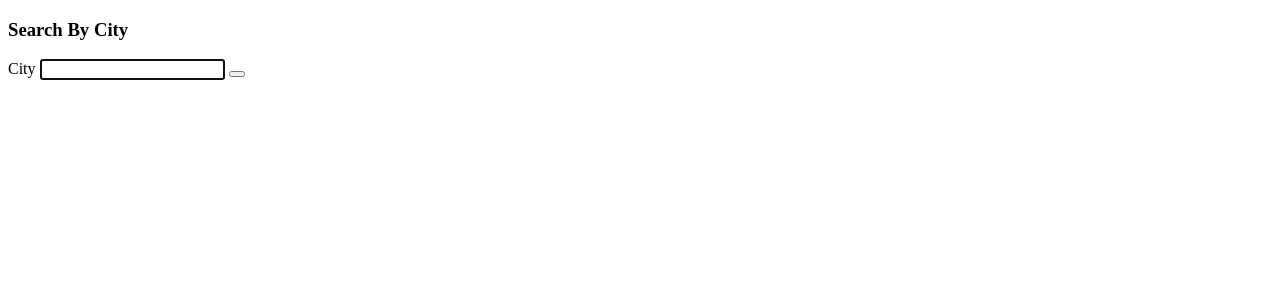
Repository: UPye/WeatherDashboard
Page: Index.html
These files come from the project's save history. The page is drawn as it stood at one moment and after a run of saves; the edit follows.
The browser window is 1280 px wide. The pictures show the whole page.

Above is the page before, as saved 2021-01-31 15:29:50.

After the next 2 saves:
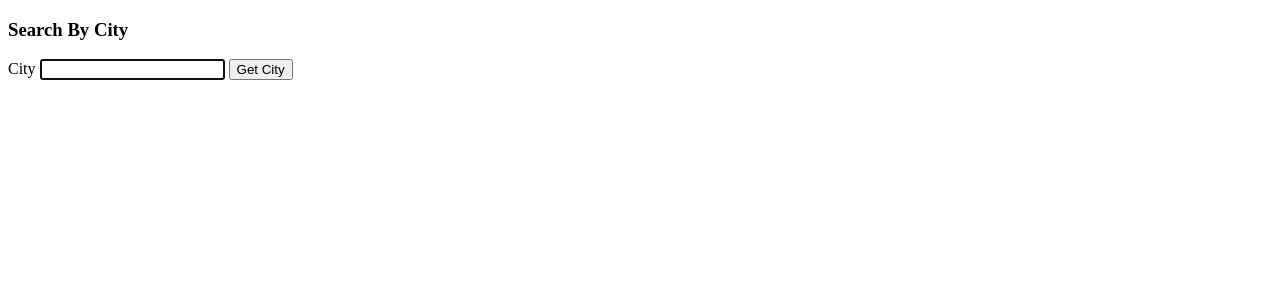
The 2 saves are shown as one change because they came seconds apart.
The last was saved 6 s later.
--- a/Index.html
+++ b/Index.html
@@ -19,7 +19,7 @@
                 <form id="city-form" class="card-body">
                     <label for="city" class="from-label">City</label>
                     <input type="text" id="city" autofocus="true" class="form-input" />
-                    <button class="btn"></button>
+                    <button class="btn">Get City</button>
                 </form>
             </div>
         </div>
